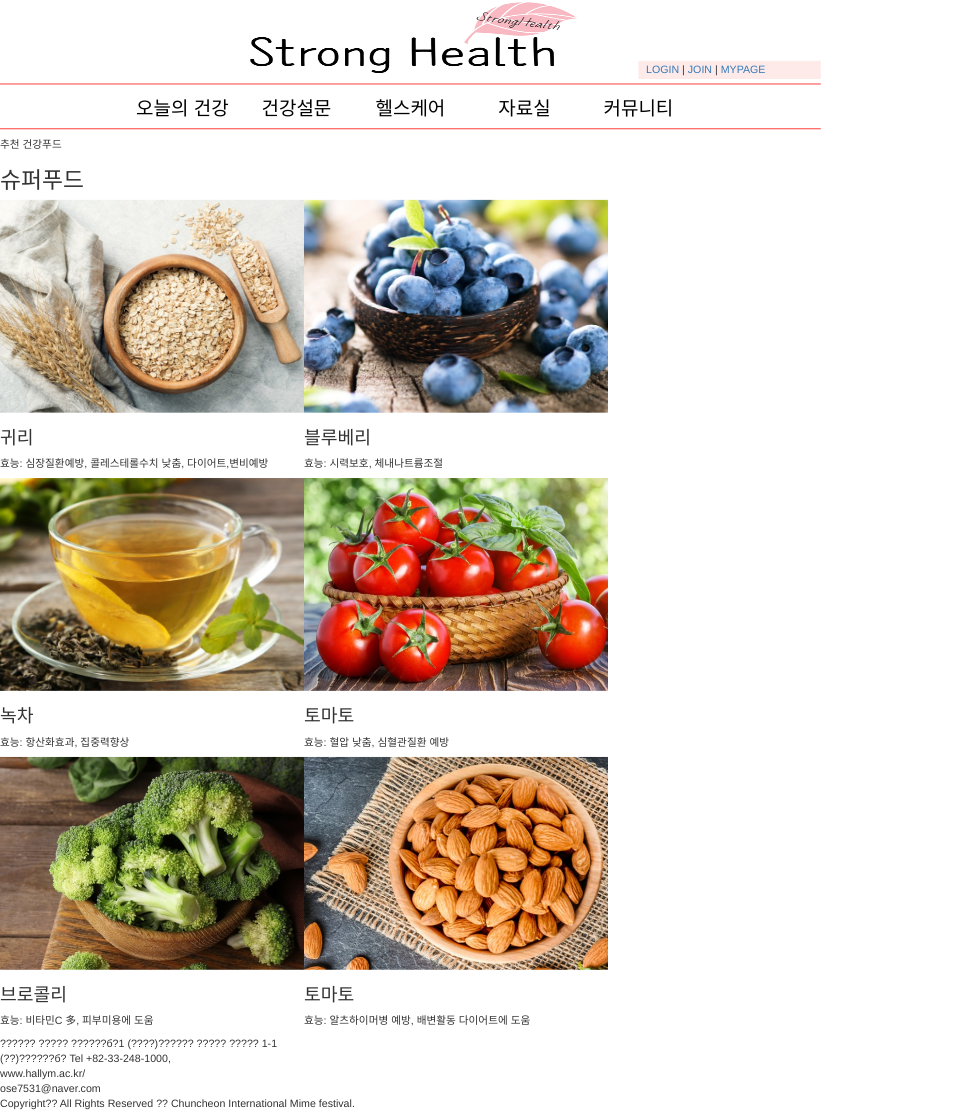
Repository: seeunOh/Webproject2018_StrongHealth
Page: http://localhost/StrongHealth/Healthcare_Food.jsp
These files come from the project's save history. The page is drawn as it stood at one moment and after the next save; the edit follows.
The browser window is 1280 px wide. The pictures show the whole page, at 76% of full size.
The page is served by Tomcat 9.

Above is the page before, as saved 2018-12-16 04:29:22.
Console error (its wording comes from the project's code and is left out).

After the next save:
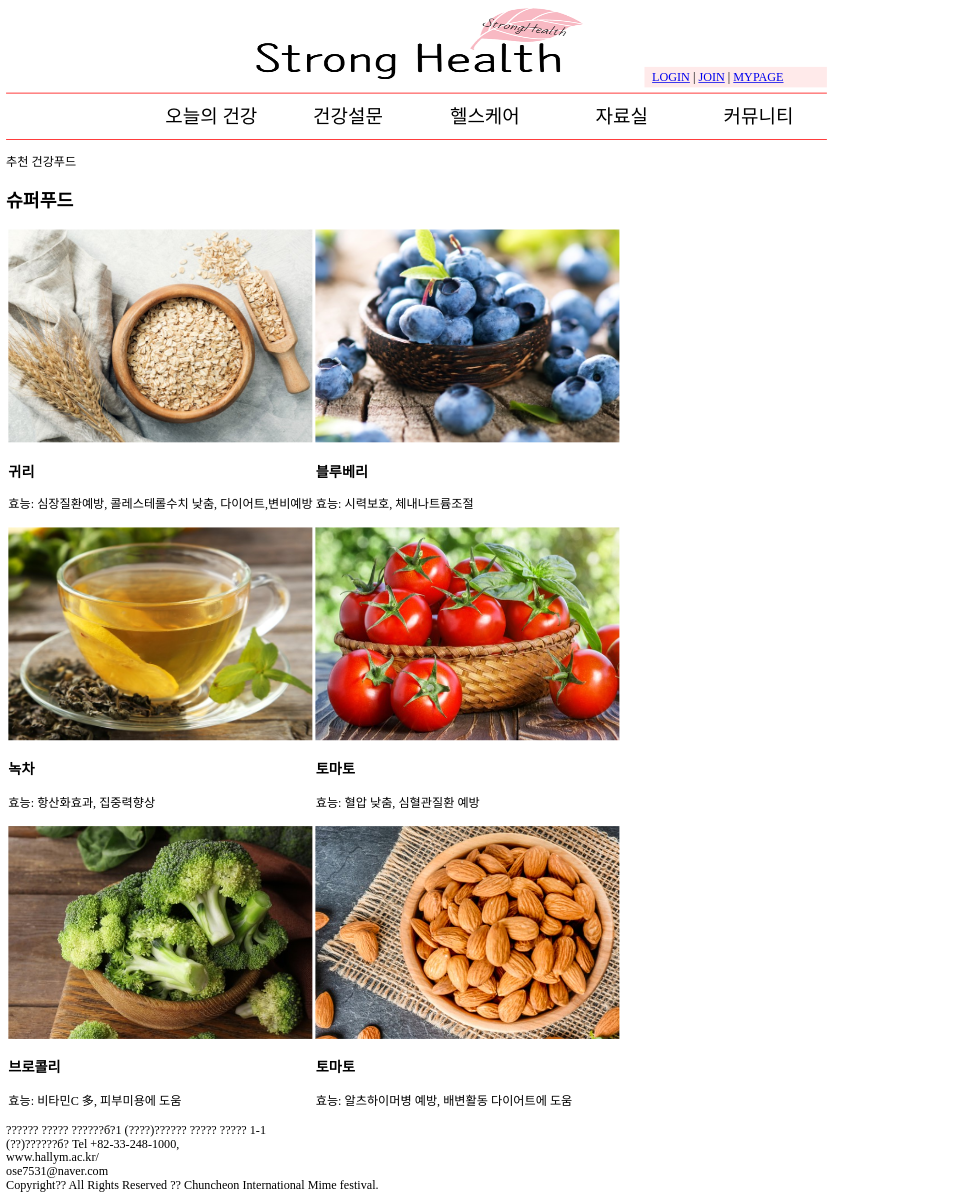
The error is gone.
Saved 28 s later.
--- a/StrongHealth/WebContent/Header.jsp
+++ b/StrongHealth/WebContent/Header.jsp
@@ -6,10 +6,6 @@
 <meta charset="EUC-KR">
 <title>Insert title here</title>
 <link rel="stylesheet" href="Header.css">
-<link rel="stylesheet" href="https://maxcdn.bootstrapcdn.com/bootstrap/3.3.2/css/bootstrap.min.css">
-<link rel="stylesheet" href="https://maxcdn.bootstrapcdn.com/bootstrap/3.3.2/css/bootstrap-theme.min.css">
-<script src="https://maxcdn.bootstrapcdn.com/bootstrap/3.3.2/js/bootstrap.min.js"></script>
-
 
 </head>
 <body>
